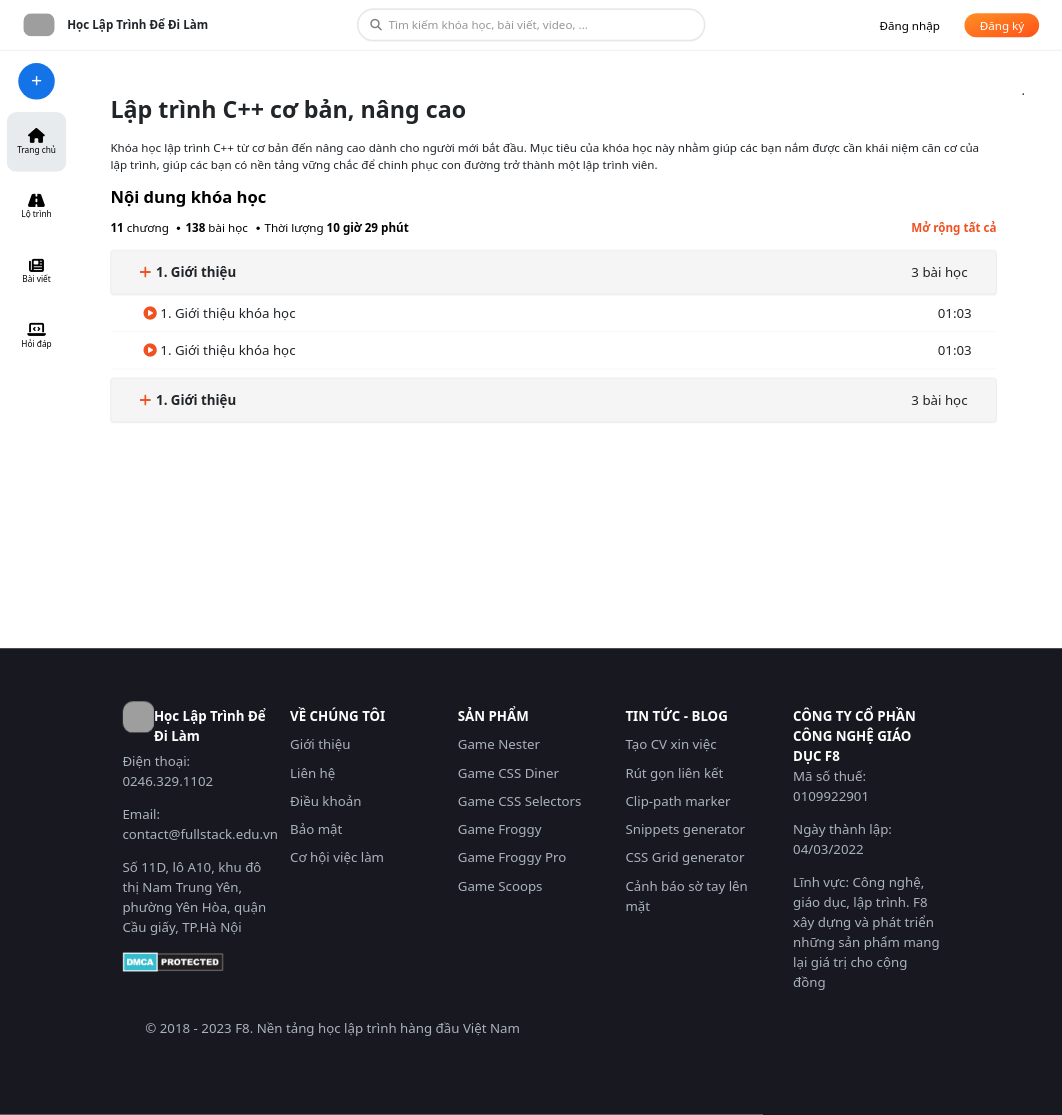
Repository: Quoc-Thang/projectasm
Page: introcourse.html
These files come from the project's save history. The page is drawn as it stood at one moment and after the next save; the edit follows.
The browser window is 1280 px wide. The pictures show the whole page, at 83% of full size.
Pictures or frames that could not be fetched are drawn as grey boxes. Some web libraries are served in a nearby version.

Above is the page before, as saved 2023-11-30 22:09:56.

### introcourse.html
<!DOCTYPE html>
<html lang="vi">
  <head>
    <meta charset="UTF-8" />
    <meta name="viewport" content="width=device-width, initial-scale=1.0" />
    <title>F8 - Học lập trình để đi làm</title>
    <!-- Preconnect -->
    <link rel="preconnect" href="https://unpkg.com/aos@2.3.1" />
    <link
      rel="preconnect"
      href="https://cdn.jsdelivr.net/npm/bootstrap@5.3.2" />
    <link rel="preconnect" href="https://kit.fontawesome.com" />
    <link rel="preconnect" href="https://fonts.googleapis.com" />
    <link rel="preconnect" href="https://fonts.gstatic.com" crossorigin />

    <!-- AOS -->
    <link href="https://unpkg.com/aos@2.3.1/dist/aos.css" rel="stylesheet" />

    <!-- Bootstrap -->
    <link
      href="https://cdn.jsdelivr.net/npm/bootstrap@5.3.2/dist/css/bootstrap.min.css"
      rel="stylesheet"
      integrity="sha384-T3c6CoIi6uLrA9TneNEoa7RxnatzjcDSCmG1MXxSR1GAsXEV/Dwwykc2MPK8M2HN"
      crossorigin="anonymous" />

    <!-- Google Fonts -->
    <link
      href="https://fonts.googleapis.com/css2?family=Poppins:wght@100;200;300;400&family=Roboto:wght@100;300;400&display=swap"
      rel="stylesheet" />

    <!-- CSS -->
    <link rel="stylesheet" href="./view/assets/css/reset.css" />
    <link rel="stylesheet" href="./view/assets/css/synthetic.css" />
    <link rel="stylesheet" href="./view/assets/css/header.css" />
    <link rel="stylesheet" href="./view/assets/css/nav.css" />
    <link rel="stylesheet" href="./view/assets/css/slider.css" />
    <link rel="stylesheet" href="./view/assets/css/wrappercontent.css" />
    <link rel="stylesheet" href="./view/assets/css/footer.css" />
    <link rel="stylesheet" href="./view/assets/css/introcourse.css">
  </head>

  <body>
    <!-- Content -->
    <div id="wrapper">
      <!-- Header -->
      <header>
        <div class="row wrap-header">
          <!-- Logo Website -->
          <div class="col-4">
            <div class="logo">
              <a href="/">
                <img src="./view/assets/image/Logo.png" alt="Logo Website" />
              </a>
              <h4 class="logoTxt">Học Lập Trình Để Đi Làm</h4>
            </div>
          </div>

          <!-- Search -->
          <div class="col-4">
            <div class="form-search">
              <form action="" method="post">
                <div class="form">
                  <button type="submit">
                    <i class="fa-solid fa-magnifying-glass"></i>
                  </button>
                  <input
                    type="search"
                    placeholder="Tìm kiếm khóa học, bài viết, video, ..."
                    name="searchTxt"
                    id="search-input"
                    autocomplete="off"
                    />
                </div>
              </form>
              <div class="card-search">
                <div class="heading-card-search">
                  <i class="fa-solid fa-magnifying-glass"></i>
                  <span>Kết quả tìm kiếm cho:</span>
                </div>
                <div class="content-card-search">
                  <div class="title-content">
                    <h2>
                      Khóa học
                    </h2>
                    <a href="#">
                      Xem thêm
                    </a>
                  </div>
                  <ul class="main-content" id="apiData">
                    <li>
                      <a href="#">
                        <img src="./view/assets/image/htmlcsszerohero.png" alt="Image course">
                        <span>
                          HTML, CSS từ cơ bản đến nâng cao
                        </span>
                      </a>
                    </li>
                    <li>
                      <a href="#">
                        <img src="./view/assets/image/htmlcsspro.png" alt="Image course">
                        <span>
                          HTML, CSS Pro
                        </span>
                      </a>
                    </li>
                    <li>
                      <a href="#">
                        <img src="./view/assets/image/sass.png" alt="Image course">
                        <span>
                          Ngôn ngữ tiền xử lý sass
                        </span>
                      </a>
                    </li>
                  </ul>
                </div>
              </div>
            </div>
          </div>

          <!-- Account -->
          <div class="col-4">
            <div class="account">
              <div class="login">
                <a class="openLogin" href="javascript:void(0)"> Đăng nhập </a>
              </div>
              <div class="signup">
                <a class="openSignup" href="javascript:void(0)"> Đăng ký </a>
              </div>
            </div>
          </div>
        </div>
      </header>

      <main id="main-content">
        <!-- Sidebar -->
        <nav class="menu-sidebar">
          <div class="sidebar">
            <div id="news-post" onclick="newsPost()">
              <a id="rotate" href="javascript:void(0)">
                <i class="fa-solid fa-plus"></i>
              </a>
              <span id="model-news">Thêm tin tức mới</span>
            </div>
            <ul>
              <li>
                <a class="menu-sidebar active" href="#">
                  <i class="fa-solid fa-house"></i>
                  <span class="txt-menu"> Trang chủ </span>
                </a>
              </li>
              <li>
                <a class="menu-sidebar" href="#">
                  <i class="fa-solid fa-road"></i>
                  <span class="txt-menu"> Lộ trình </span></a
                >
              </li>
              <li>
                <a class="menu-sidebar" href="#">
                  <i class="fa-solid fa-newspaper"></i>
                  <span class="txt-menu"> Bài viết </span></a
                >
              </li>
              <li>
                <a class="menu-sidebar" href="#">
                  <i class="fa-solid fa-laptop-code"></i>
                  <span class="txt-menu"> Hỏi đáp </span></a
                >
              </li>
            </ul>
          </div>
        </nav>

        <!-- Article -->
        <article id="main">

          <!-- Wrapper Content Main -->
          <div class="wrapper-content">
            <div class="intro-course">
              <div class="content-course">
                <div class="heading-course">
                  <h1 class="title-heading-course">
                    Lập trình C++ cơ bản, nâng cao
                  </h1>
                  <p class="desc-course">
                    Khóa học lập trình C++ từ cơ bản đến nâng cao dành cho người mới bắt đầu. Mục tiêu của khóa học này nhằm giúp các bạn nắm được cần khái niệm căn cơ của lập trình, giúp các bạn có nền tảng vững chắc để chinh phục con đường trở thành một lập trình viên.
                  </p>
                </div>
                <div class="main-content-course">
                  <div class="content-course-top">
                    <h2 class="title-course">
                      Nội dung khóa học
                    </h2>
                    <div class="desc-content-course">
                      <ul>
                        <li>
                          <a href="#">
                            <strong>
                              11
                            </strong>
                            chương
                          </a>
                        </li>
                        <li>
                          <a href="#">
                            <strong>
                              138
                            </strong>
                            bài học
                          </a>
                        </li>
                        <li>
                          <a href="#">
                            Thời lượng
                            <strong>
                              10 giờ 29 phút
                            </strong>
                          </a>
                        </li>
                      </ul>
                      <a class="read-more" href="#">
                        Mở rộng tất cả
                      </a>
                    </div>
                  </div>

                    <div class="list-panels-course">
                      <div class="list-panel-course">
                        <div class="panel-left">
                          <div class="icon-panel">
                              <i class="fa-solid fa-plus" style="color: #f05123;"></i>
                              <i class="fa-solid fa-minus" style="color: #f05123;"></i>
                          </div>
                          <span>
                            1. Giới thiệu
                          </span>
                        </div>
                        <div class="panel-right">
                          <span>
                            3 bài học
                          </soan>
                        </div>
                      </div>

                      <!-- List tab panel -->
                      <div class="list-tab-panel">
                        <!-- Tab panel -->
                        <div class="tab-panel">
                          <span class="desc-panel">
                            <i class="fa-solid fa-circle-play" style="color: #f05123;"></i>
                            1. Giới thiệu khóa học
                          </span>
                          <span class="desc-time">
                            01:03
                          </span>
                        </div>

                        <div class="tab-panel">
                          <span class="desc-panel">
                            <i class="fa-solid fa-circle-play" style="color: #f05123;"></i>
                            1. Giới thiệu khóa học
                          </span>
                          <span class="desc-time">
                            01:03
                          </span>
                        </div>
                      </div>
                    </div>

                    <div class="list-panels-course">
                      <div class="list-panel-course">
                        <div class="panel-left">
                          <div class="icon-panel">
                              <i class="fa-solid fa-plus" style="color: #f05123;"></i>
                              <i class="fa-solid fa-minus" style="color: #f05123;"></i>
                          </div>
                          <span>
                            1. Giới thiệu
                          </span>
                        </div>
                        <div class="panel-right">
                          <span>
                            3 bài học
                          </soan>
                        </div>
                      </div>
                    <!-- List tab panel -->
                    <div class="list-tab-panel">
                      <!-- Tab panel -->
                      <div class="tab-panel">
                        <span class="desc-panel">
                          <i class="fa-solid fa-circle-play" style="color: #f05123;"></i>
                          1. Giới thiệu khóa học
                        </span>
                        <span class="desc-time">
                          01:03
                        </span>
                      </div>

                      <div class="tab-panel">
                        <span class="desc-panel">
                          <i class="fa-solid fa-circle-play" style="color: #f05123;"></i>
                          1. Giới thiệu khóa học
                        </span>
                        <span class="desc-time">
                          01:03
                        </span>
                      </div>
                    </div>
                  </div>
                </div>
              </div>
              .
            </div>
          </div>
        </article>
      </main>

      <!-- Footer -->
      <footer>
        <div class="content-footer">
          <!-- Footer top -->
          <div class="footer-top">
            <!-- Slogan -->
            <div class="slogan content-column-footer">
              <div class="footer-slogan title-footer">
                <figure>
                  <img src="./view/assets/image/Logo.png" alt="Logo Website" />
                </figure>
                <figcaption>
                  <span class="txt-slogan"> Học lập trình để đi làm </span>
                </figcaption>
              </div>
              <div class="footer-contact-list">
                <ul>
                  <li>
                    <p>Điện thoại: 0246.329.1102</p>
                  </li>
                  <li>
                    <p>Email: contact@fullstack.edu.vn</p>
                  </li>
                  <li>
                    <p>
                      Số 11D, lô A10, khu đô thị Nam Trung Yên, phường Yên Hòa,
                      quận Cầu giấy, TP.Hà Nội
                    </p>
                  </li>
                </ul>
              </div>
              <div class="footer-protect">
                <figure>
                  <a href="#">
                    <img
                      src="./view/assets/image/dmca.png"
                      alt="DMCA Protect" />
                  </a>
                </figure>
              </div>
            </div>

            <!-- About us -->
            <div class="about content-column-footer">
              <div class="title-footer about-us">
                <span>Về chúng tôi</span>
              </div>
              <nav class="list-about">
                <ul>
                  <li><a href="#">Giới thiệu</a></li>
                  <li><a href="#">Liên hệ</a></li>
                  <li><a href="#">Điều khoản</a></li>
                  <li><a href="#">Bảo mật</a></li>
                  <li><a href="#">Cơ hội việc làm</a></li>
                </ul>
              </nav>
            </div>

            <!-- Products -->
            <div class="product content-column-footer">
              <div class="title-footer product-type">
                <span>Sản phẩm</span>
              </div>
              <nav class="list-product">
                <ul>
                  <li><a href="#">Game Nester</a></li>
                  <li><a href="#">Game CSS Diner</a></li>
                  <li><a href="#">Game CSS Selectors</a></li>
                  <li><a href="#">Game Froggy</a></li>
                  <li><a href="#">Game Froggy Pro</a></li>
                  <li><a href="#">Game Scoops</a></li>
                </ul>
              </nav>
            </div>

            <!-- Tools -->
            <div class="tools content-column-footer">
              <div class="title-footer tools-type">
                <span>Tin tức - Blog</span>
              </div>
              <nav class="list-tools">
                <ul>
                  <li><a href="#">Tạo CV xin việc</a></li>
                  <li><a href="#">Rút gọn liên kết</a></li>
                  <li><a href="#">Clip-path marker</a></li>
                  <li><a href="#">Snippets generator</a></li>
                  <li><a href="#">CSS Grid generator</a></li>
                  <li><a href="#">Cảnh báo sờ tay lên mặt</a></li>
                </ul>
              </nav>
            </div>

            <!-- Company -->
            <div class="company content-column-footer">
              <div class="title-footer company-type">
                <span>Công ty cổ phần công nghệ giáo dục F8</span>
              </div>
              <nav class="list-company">
                <ul>
                  <li>
                    <p href="#">Mã số thuế: <span>0109922901</span></p>
                  </li>
                  <li>
                    <p href="#">Ngày thành lập: <span>04/03/2022</span></p>
                  </li>
                  <li>
                    <p href="#">
                      Lĩnh vực:
                      <span
                        >Công nghệ, giáo dục, lập trình. F8 xây dựng và phát
                        triển những sản phẩm mang lại giá trị cho cộng đồng
                      </span>
                    </p>
                  </li>
                </ul>
              </nav>
            </div>
          </div>

          <!-- Footer bottom -->
          <div class="footer-bottom">
            <div class="copyright">
              <p>© 2018 - 2023 F8. Nền tảng học lập trình hàng đầu Việt Nam</p>
            </div>
            <div class="social-media">
              <!-- <img src="/images/icons/facebook.svg" alt="" />
              <img src="/images/icons/instagram.svg" alt="" />
              <img src="/images/icons/twitter.svg" alt="" />
              <img src="/images/icons/linkedin.svg" alt="" /> -->
            </div>
          </div>
          </div>
        </div>
      </footer>
    </div>
    <!-- Javascript -->
    <script src="./view/assets/javascript/sidebar.js"></script>
    <script src="./view/assets/javascript/introcourse.js"></script>
    <script src="./view/assets/javascript/formsearch.js"></script>
    <script src="./view/assets/javascript/formlogin.js"></script>
    <script src="./view/assets/javascript/formsignup.js"></script>

    <!-- Font Awesome -->
    <script
      src="https://kit.fontawesome.com/3e006365dd.js"
      crossorigin="anonymous"></script>

    <!-- Bootstrap -->
    <script
      src="https://cdn.jsdelivr.net/npm/bootstrap@5.3.2/dist/js/bootstrap.bundle.min.js"
      integrity="sha384-C6RzsynM9kWDrMNeT87bh95OGNyZPhcTNXj1NW7RuBCsyN/o0jlpcV8Qyq46cDfL"
      crossorigin="anonymous"></script>

    <!-- AOS -->
    <script src="https://unpkg.com/aos@2.3.1/dist/aos.js"></script>
    <script>
      AOS.init();
    </script>
  </body>
</html>

### view/assets/css/synthetic.css
:root {
  --system-ui: system-ui, "Segoe UI", Roboto, Helvetica, Arial, sans-serif,
    "Apple Color Emoji", "Segoe UI Emoji", "Segoe UI Symbol";
  --font-code: "SF Mono", monospace;
}

html,
body {
  min-height: 100% !important;
  height: 100%;
}

body {
  font-family: var(--system-ui);
  scroll-behavior: smooth;
  overflow-x: hidden;
}

main {
  display: flex;
}

#main {
  display: flex;
  flex-direction: column;
}

article {
  display: flex;
  min-width: 100vh;
}

#wrapper {
  width: 100%;
}

/* width */
::-webkit-scrollbar {
  width: 8px;
}

/* Track */
::-webkit-scrollbar-track {
  box-shadow: inset 0 0 5px grey;
  /* border-radius: 8px; */
}

/* Handle */
::-webkit-scrollbar-thumb {
  background: #a9a9a9;
  border-radius: 4px;
}

/* Handle on hover */
::-webkit-scrollbar-thumb:hover {
  background: #a9a9a9;
}

ul {
  list-style-type: none;
  margin: 0;
  padding: 0;
}

a {
  text-decoration: none;
}

### view/assets/css/header.css
:root {
  --background-color: #fff;
  --border-bottom: #e8ebed;
  --border: #e8e8e8;
  --color-txt: #000;
  --background-color-menu: #f0f0f0;
  --background-txt: linear-gradient(to right bottom, #ff8f26, #ff5117);
}

header {
  background-color: var(--background-color);
  border-bottom: 1px solid var(--border-bottom);
  padding: 10px 28px;
  width: 100%;
  position: sticky;
  top: 0;
  z-index: 10;
  font-size: 14px;
}

.row.wrap-header {
  align-items: center;
}

.logo {
  height: auto;
  width: auto;
  display: flex;
  gap: 15px;
  flex-wrap: wrap;
  align-items: center;
}

.logo a {
  display: block;
}

.logo img {
  max-height: 38px;
  max-width: 38px;
  border-radius: 10px;
  object-fit: contain;
}

.logoTxt {
  font-weight: 700;
  margin-bottom: 0;
  font-size: 14px;
}

.account {
  display: flex;
  justify-content: flex-end;
  gap: 30px;
}

.form-search {
  width: 100%;
  height: auto;
  display: flex;
  justify-content: center;
  align-items: center;
  position: relative;
}

.form {
  height: 40px;
  padding: 0 16px 0 8px;
  border: 2px solid var(--border);
  border-radius: 20px;
  width: 420px;
  display: flex;
  align-content: center;
}

button[type="submit"],
input[type="search"] {
  border: 0;
  background-color: transparent;
  opacity: 75%;
}

button[type="submit"] {
  opacity: 50%;
}

input[type="search"] {
  outline: none !important;
  width: 100%;
}

.card-search {
  position: absolute;
  padding: 12px 24px;
  border-radius: 14px;
  width: 100%;
  max-width: 420px;
  height: calc(100vh - 100px);
  max-height: 600px;
  background-color: var(--background-color);
  top: 120%;
  box-shadow: 0px 2px 10px 0px rgb(0, 0, 0);
  overflow-y: scroll;
  overflow-x: hidden;
  display: none;
}

.title-content {
  display: flex;
  flex-direction: row;
  justify-content: space-between;
  align-items: flex-end;
  margin-top: 10px;
  padding-bottom: 10px;
  border-bottom: 1px solid var(--border);
}

.title-content h2 {
  font-size: 20px;
  font-size: 500;
  margin-bottom: 0;
}

.title-content a {
  color: #ff5117;
  font-size: 14px;
}

.main-content {
  display: flex;
  flex-direction: column;
  gap: 10px;
  margin-top: 10px;
}

.main-content li a {
  display: flex;
  gap: 10px;
  align-items: center;
  color: var(--color-txt);
}

.main-content li img {
  width: 32px;
  height: 32px;
  border-radius: 50%;
}

.account {
  align-items: center;
}

.account a {
  color: var(--color-txt);
  display: block;
  font-weight: 500;
}

.signup a {
  padding: 4px 18px;
  border-radius: 20px;
  background: var(--background-txt);
  color: var(--background-color);
}

### view/assets/css/footer.css
:root {
  --background-color: #fff;
  --border-bottom: #e8ebed;
  --border-color: #1473e6;
  --background-hover: #f5f5f5;
  --border: #e8e8e8;
  --color-txt: #000;
  --background-color-menu: #f0f0f0;
  --background-txt: linear-gradient(to right bottom, #ff8f26, #ff5117);
  --cta-hover-color-one: #6828fa;
}

footer {
  background-color: #181821;
  color: #a9b3bb;
  padding: 70px 0 60px;
  height: 100%;
  width: 100%;
  display: flex;
  justify-content: center;
}

footer a {
  color: #a9b3bb;
  margin: 10px 0;
  display: block;
}

.content-footer {
  display: flex;
  flex-wrap: wrap;
  flex-direction: column;
  width: 100%;
  max-width: calc(100% - 350px);
  justify-content: center;
}

.footer-top {
  display: flex;
  flex-direction: row;
  justify-content: center;
  align-items: flex-start;
  flex-wrap: wrap;
  margin-left: -40px;
  margin-right: -40px;
}

.content-column-footer {
  width: calc(20% - 25px);
  margin-left: 25px;
}

.content-column-footer:first-child {
  margin-left: 0;
}

.title-footer {
  color: var(--background-color);
  text-transform: uppercase;
  font-size: 16px;
  font-weight: 600;
}

.footer-slogan figure {
  transform: translateY(-6px);
}

.txt-slogan {
  text-transform: capitalize;
}

.footer-slogan {
  display: flex;
  flex-direction: row;
}

.footer-slogan img {
  height: 38px;
  width: 38px;
  border-radius: 12px;
}

.footer-bottom {
  display: flex;
  flex-direction: row;
  justify-content: space-between;
  padding: 1rem 0;
  align-items: center;
  width: calc(100% - 350px);
}

Loaded but not shown: view/assets/css/reset.css (common file); view/assets/javascript/formsignup.js (252 lines, source omitted); view/assets/javascript/formlogin.js (244 lines, source omitted); view/assets/javascript/introcourse.js (40 lines, source omitted); view/assets/javascript/sidebar.js (29 lines, source omitted); view/assets/javascript/formsearch.js (20 lines, source omitted); view/assets/css/slider.css (230 lines, source omitted); view/assets/css/wrappercontent.css (239 lines, source omitted); view/assets/css/introcourse.css (170 lines, source omitted); view/assets/css/nav.css (142 lines, source omitted)

After the next save:
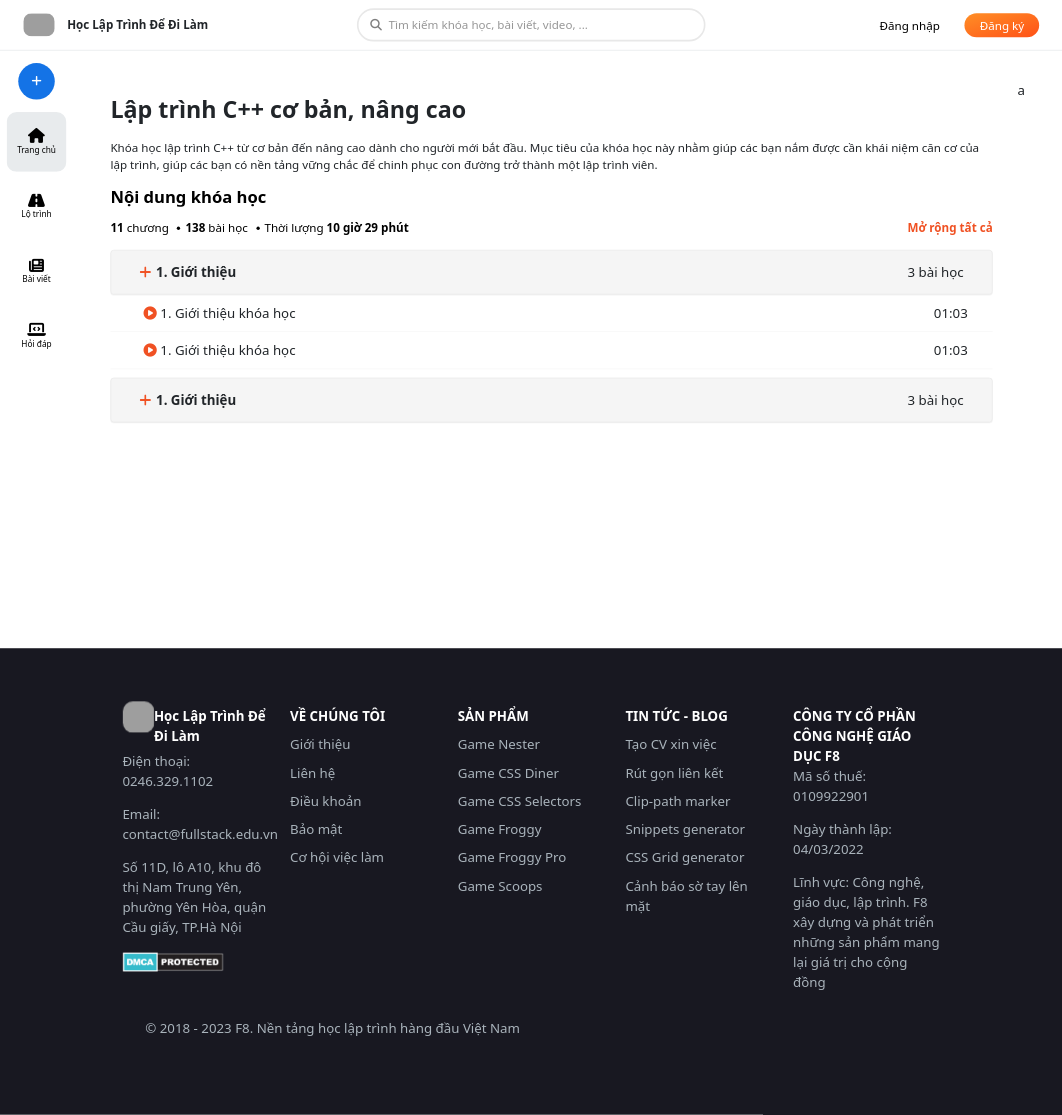
Saved 14 s later.
--- a/introcourse.html
+++ b/introcourse.html
@@ -309,7 +309,9 @@
                   </div>
                 </div>
               </div>
-              .
+              <div class="intro-course">
+                a
+              </div>
             </div>
           </div>
         </article>
